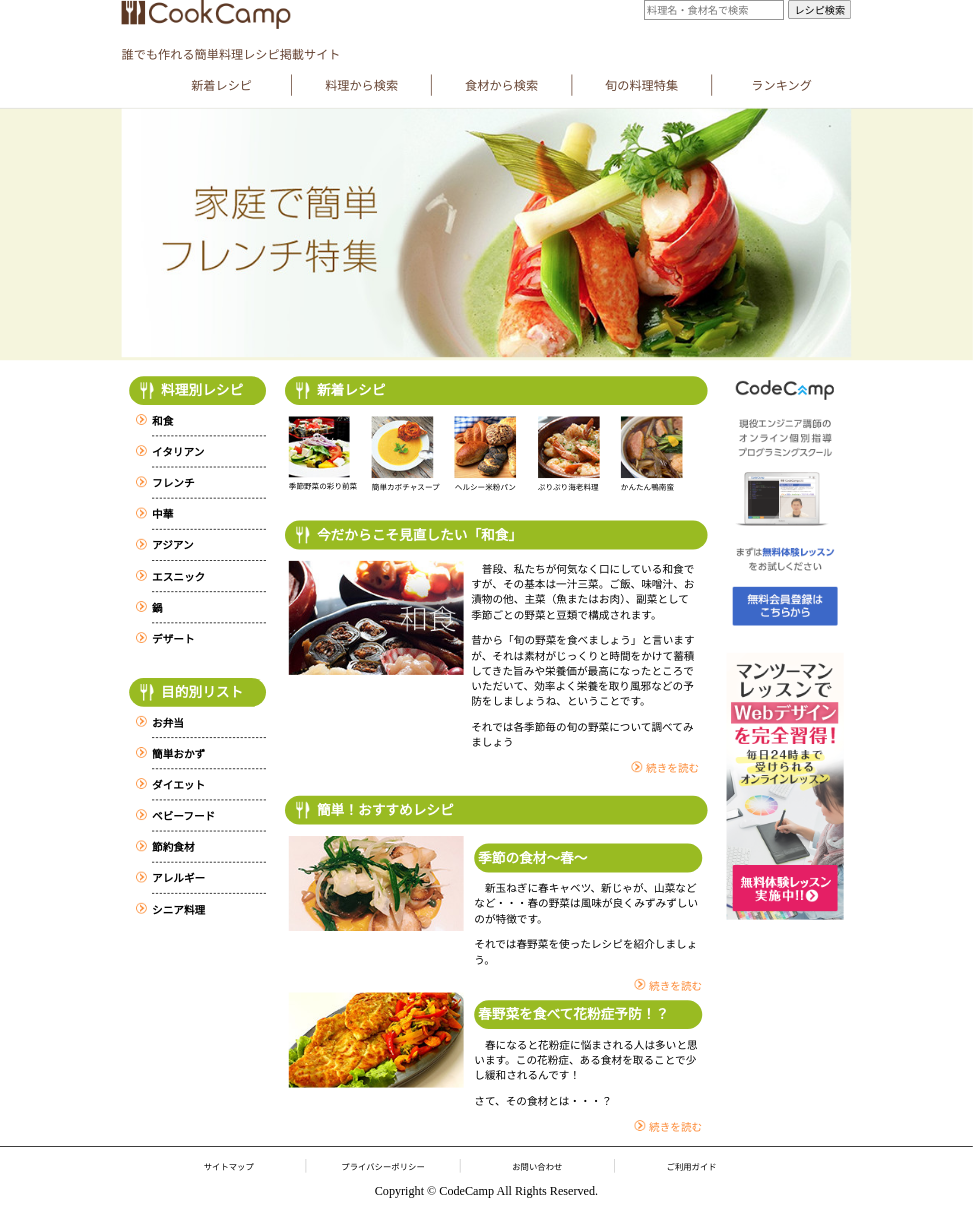
Repository: tomimaler/dc_work_tamachi_inagaki_html
Page: cookcamp/cookcamp.html
The author's editor kept a record of every edit. The page is drawn from the files as they stood at one moment, then again after the next edit.
The browser window is 1280 px wide. The pictures show the whole page, at 76% of full size.

Above is the page before.

After the next edit:
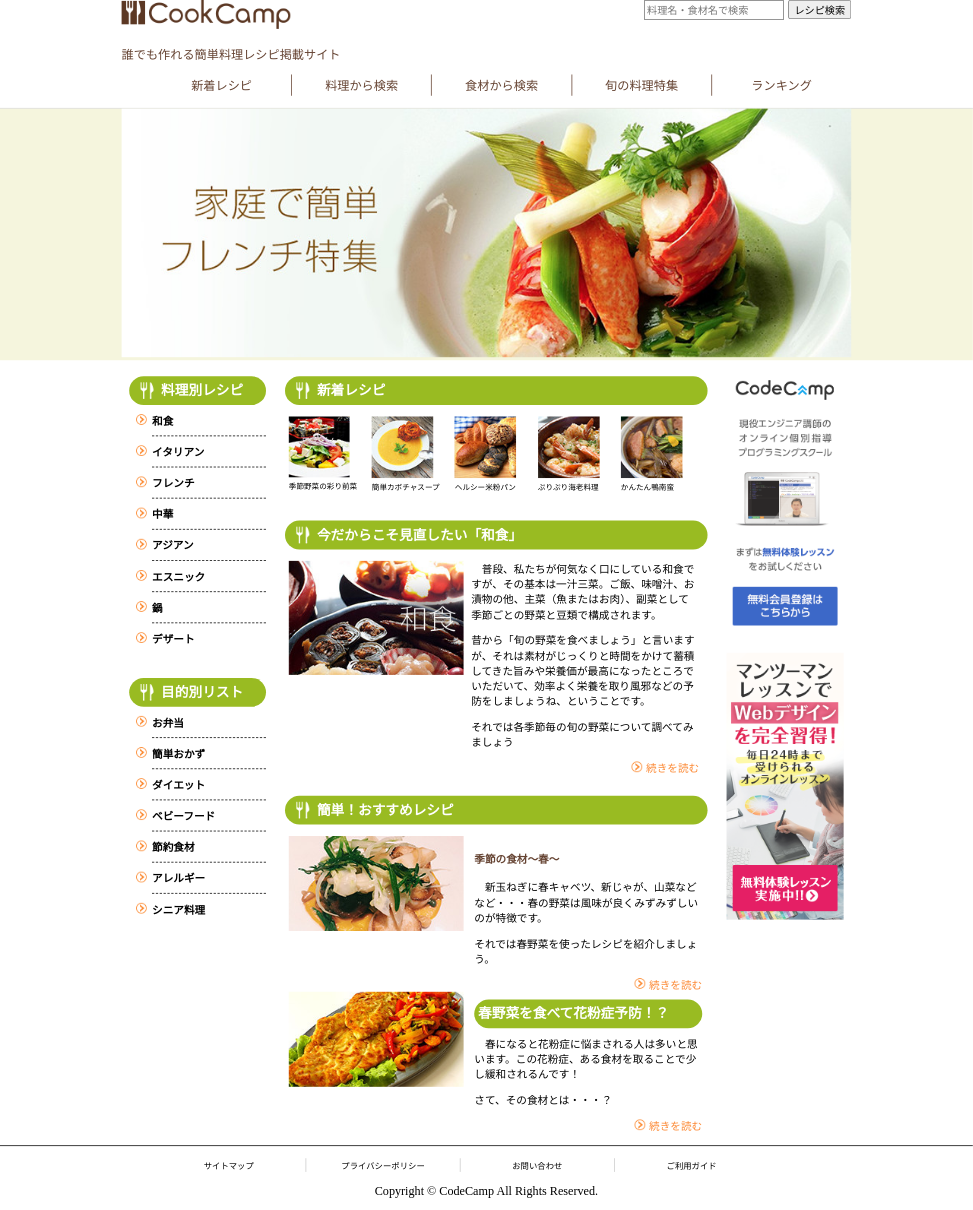
The edit:
--- a/cookcamp/cookcamp.html
+++ b/cookcamp/cookcamp.html
@@ -96,7 +96,7 @@
                 <div class="section">
                     <img class="section-img" src="images/contents/pushRecipes1.jpg" alt="春">
                     <div class="section-text">
-                        <h3>季節の食材～春～</h3>
+                        <h4>季節の食材～春～</h4>
                         <p>　新玉ねぎに春キャベツ、新じゃが、山菜などなど・・・春の野菜は風味が良くみずみずしいのが特徴です。</p>
                         <p>それでは春野菜を使ったレシピを紹介しましょう。</p>
                         <a href="#"><img src="images/icon/arrow.png" alt="arrow">続きを読む</a>
